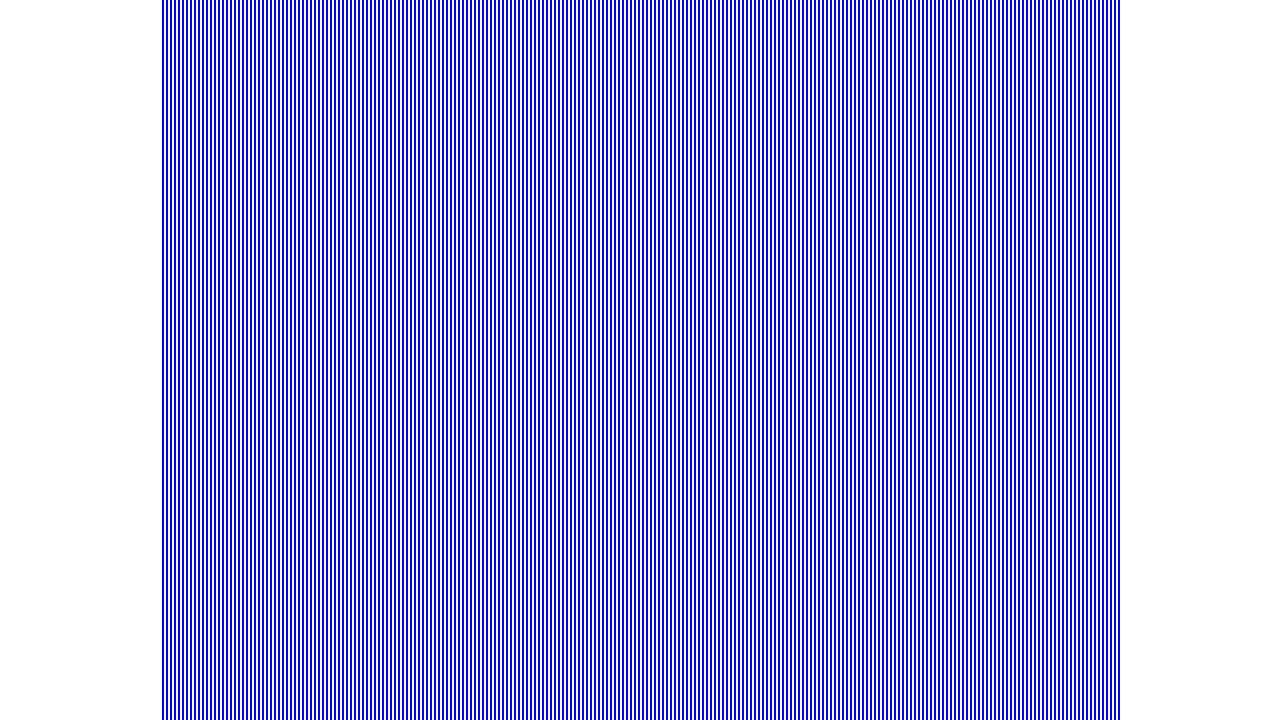
Repository: rehans-Life/sorting-visualizer
Page: /
The author's editor kept a copy of each file at every save. The page is drawn from the files as they stood at one save, then again after the next save.
The browser window is 1280 px wide. The pictures show the whole page.
The project was rebuilt for these pictures with package versions that can differ from the ones it lists, and the page was loaded fresh each time. The framework's server and built-in components were replaced by stand-ins that run in the browser. Also part of the build but not shown: next.config.js.

Above is the page before, as saved 2023-03-17 17:55:41.

After the next save:
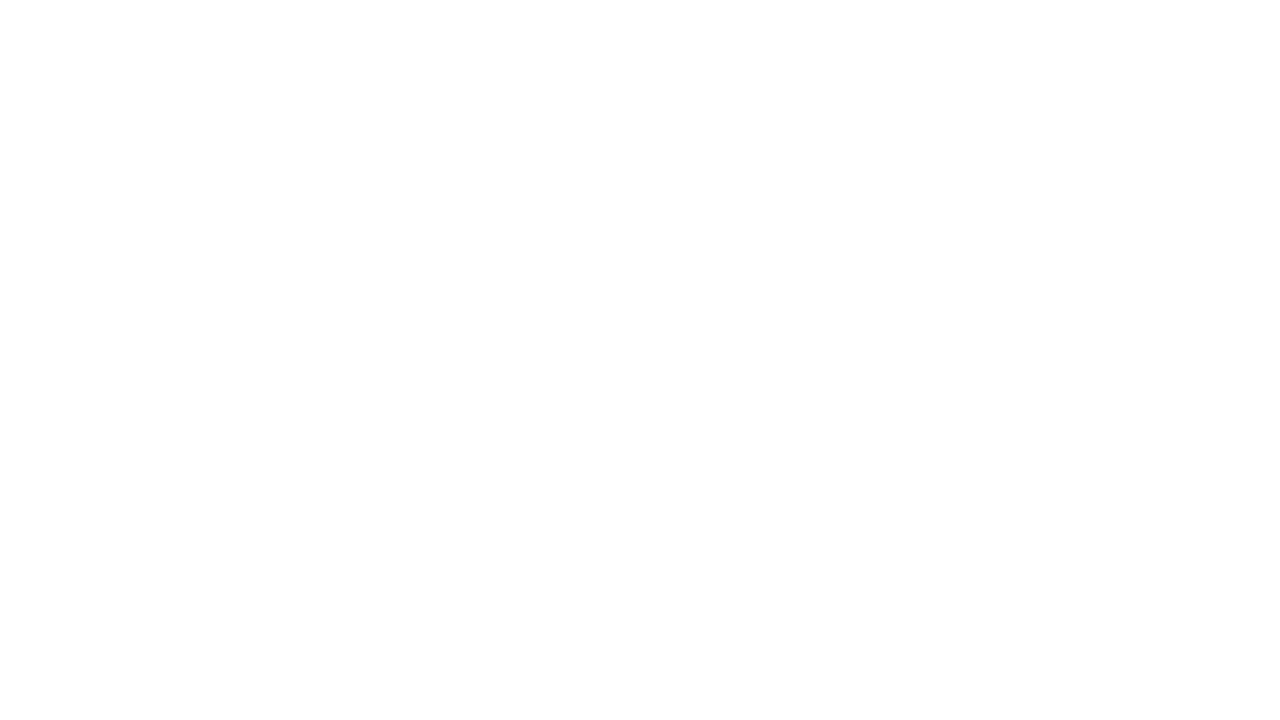
Saved 26 min 36 s later.
--- a/styles/Home.module.css
+++ b/styles/Home.module.css
@@ -2,7 +2,7 @@
   display: flex;
   justify-content: center;
   width: 100%;
-  height: 100vh;
+  /* height: 100vh; */
 }
 
 .array {

After the save that followed:
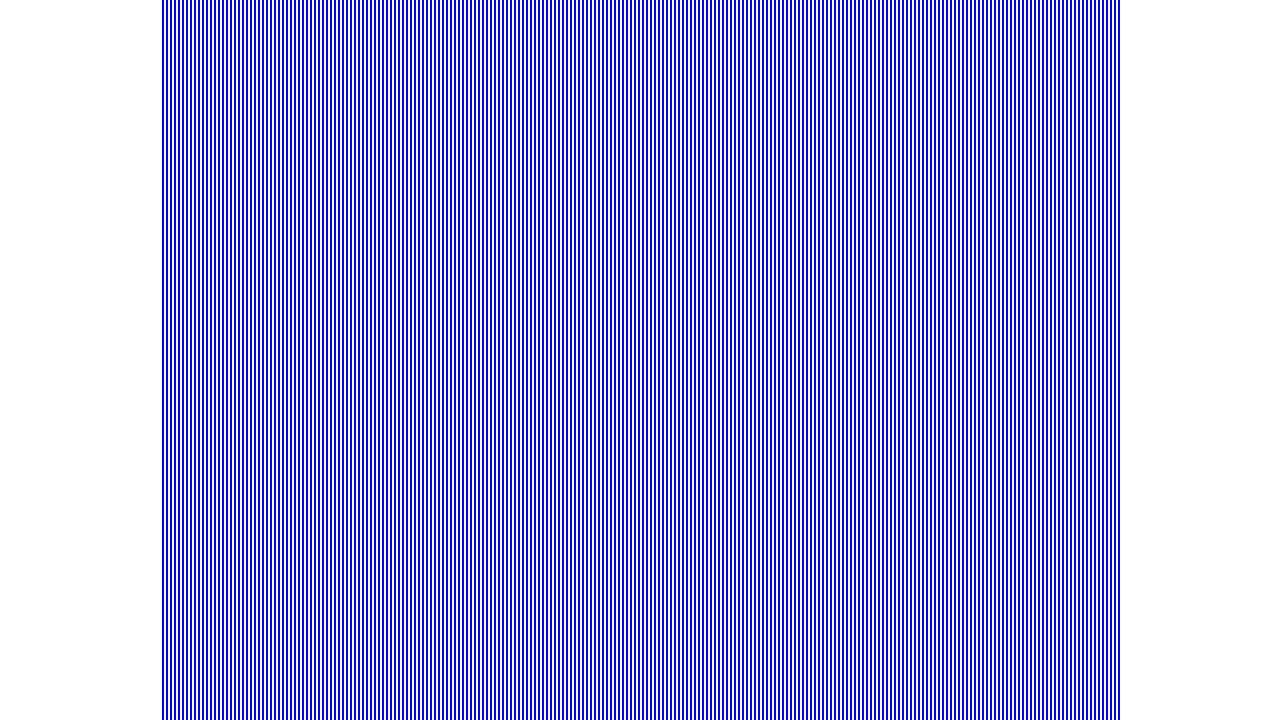
Saved 105 s later.
--- a/styles/Home.module.css
+++ b/styles/Home.module.css
@@ -2,7 +2,7 @@
   display: flex;
   justify-content: center;
   width: 100%;
-  /* height: 100vh; */
+  height: 100vh;
 }
 
 .array {
